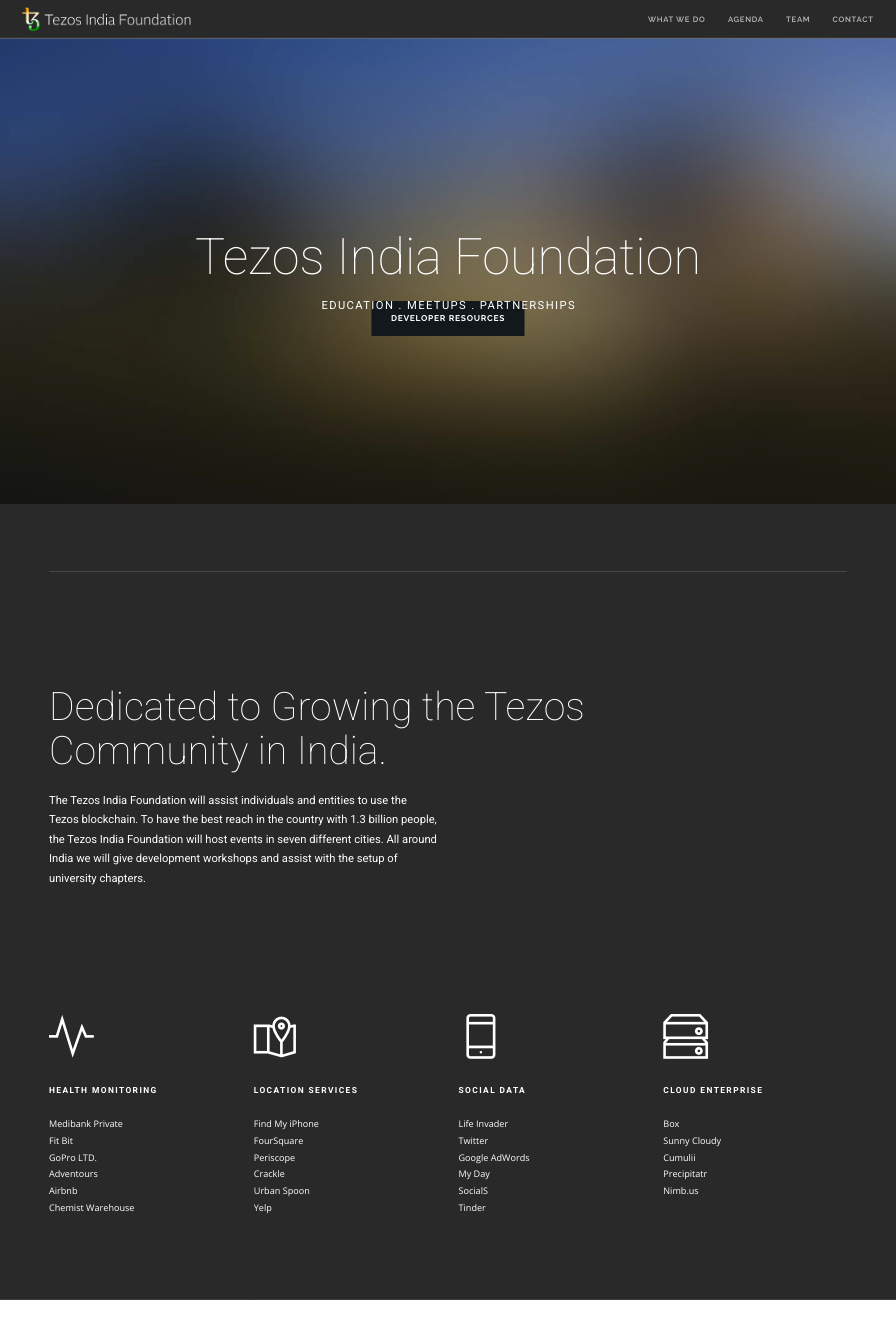
Repository: Tezos-India-Foundation/TIF-Website
Page: Tezos India Website/page.html
The author's editor kept a copy of each file at every save. The page is drawn from the files as they stood at one save, then again after the next save.
The browser window is 1280 px wide. The pictures show the part of the page from y = 0 to 1920 px (the page is 4133 px tall), at 70% of full size.

Above is the page before, as saved 2019-08-06 15:26:29.

### Tezos India Website/page.html
<!doctype html>
<html lang="en">

<head>
	<meta charset="utf-8">
	<title></title>
	<meta name="viewport" content="width=device-width, initial-scale=1.0">
	<link href="css/font-awesome.min.css" rel="stylesheet" type="text/css" media="all">
	<link href="css/themify-icons.css" rel="stylesheet" type="text/css" media="all" />
	<link href="css/bootstrap.css" rel="stylesheet" type="text/css" media="all" />
	<link href="css/theme-nearblack.css" rel="stylesheet" type="text/css" media="all" />
	<link href="css/custom.css" rel="stylesheet" type="text/css" media="all" />
	<link
		href='http://fonts.googleapis.com/css?family=Lato:300,400%7CRaleway:100,400,300,500,600,700%7COpen+Sans:400,500,600'
		rel='stylesheet' type='text/css'>
	<link href="http://fonts.googleapis.com/css?family=Roboto:100,300,400,600,700" rel="stylesheet" type="text/css">
	<link href="css/font-roboto.css" rel="stylesheet" type="text/css">
</head>

<body>

	<div class="nav-container">




		<nav class="bg-dark">
			<div class="nav-bar">
				<div class="module left">
					<a href="index.html">
						<img class="logo logo-light" alt="Foundry" src="img\logo with text.png">
						<img class="logo logo-dark" alt="Foundry" src="img/logo-dark.png">
					</a>
				</div>
				<div class="module widget-handle mobile-toggle right visible-sm visible-xs">
					<i class="ti-menu"></i>
				</div>
				<div class="module-group right">
					<div class="module left">
						<ul class="menu">
							<li>
								<a href="#">What We Do</a>
							</li>
							<li>
								<a href="#">Agenda</a>
							</li>
							<li>
								<a href="#">Team</a>
							</li>
							<li>
								<a href="#">Contact</a>
							</li>
					</div>

				</div>
		</nav>





















































































	</div>

	<div class="main-container">





		<section class="cover fullscreen image-bg overlay">
			<div class="background-image-holder">
				<img alt="image" class="background-image" src="img/prop1.jpg">
			</div>
			<div class="container v-align-transform">
				<div class="row">
					<div class="col-sm-12 text-center">
						<h1 class="large mb16">Tezos India Foundation</h1>
						<h5 class="uppercase mb0">Education . meetups . partnerships</h5>
					</div>
				</div>

			</div>

			<div class="align-bottom relative-xs text-center" id="buttonslanding">
				<a class="btn btn-filled btn-lg mb32 mt-xs-40" href="#">What is Tezos?</a>
			</div>
			<div class="align-bottom relative-xs text-center" id="buttonslanding">
				<a class="btn btn-filled btn-lg mb32 mt-xs-40" href="#">Developer Resources</a>
			</div>
		</section>
		<section class="bg-dark">
			<div class="container">
				<div class="row">
					<div class="col-sm-12">

						<hr class="mb160 mb-xs-24">
					</div>
				</div>

				<div class="row">
					<div class="col-md-10">
						<h1 class="thin">Dedicated to Growing the Tezos Community in India.</h1>
					</div>
				</div>

				<div class="row mb160 mb-xs-0">
					<div class="col-md-6 col-sm-8">
						<p class="lead">The Tezos India Foundation will assist individuals and
							entities to use the Tezos blockchain. To have the best reach in the country with 1.3 billion
							people, the Tezos India Foundation will host events in seven different cities. All around
							India we will give development workshops and assist with the setup of university
							chapters.&nbsp;</p>
					</div>
				</div>

				<div class="row">
					<div class="col-md-3 col-sm-6 mb-xs-24">
						<i class="ti-pulse icon mb32"></i>
						<h6 class="uppercase">Health Monitoring</h6>
						<ul>
							<li>Medibank Private</li>
							<li>Fit Bit</li>
							<li>GoPro LTD.</li>
							<li>Adventours</li>
							<li>Airbnb</li>
							<li>Chemist Warehouse</li>
						</ul>
					</div>
					<div class="col-md-3 col-sm-6 mb-xs-24">
						<i class="ti-map-alt icon mb32"></i>
						<h6 class="uppercase">Location Services</h6>
						<ul>
							<li>Find My iPhone</li>
							<li>FourSquare</li>
							<li>Periscope</li>
							<li>Crackle</li>
							<li>Urban Spoon</li>
							<li>Yelp</li>
						</ul>
					</div>
					<div class="col-md-3 col-sm-6 mb-xs-24">
						<i class="ti-mobile icon mb32"></i>
						<h6 class="uppercase">Social Data</h6>
						<ul>
							<li>Life Invader</li>
							<li>Twitter</li>
							<li>Google AdWords</li>
							<li>My Day</li>
							<li>SocialS</li>
							<li>Tinder</li>
						</ul>
					</div>
					<div class="col-md-3 col-sm-6 mb-xs-24">
						<i class="ti-harddrives icon mb32"></i>
						<h6 class="uppercase">Cloud Enterprise</h6>
						<ul>
							<li>Box</li>
							<li>Sunny Cloudy</li>
							<li>Cumulii</li>
							<li>Precipitatr</li>
							<li>Nimb.us</li>
						</ul>
					</div>
				</div>

			</div>

		</section>
		<section>
			<div class="container">
				<div class="row mb64 mb-xs-24">
					<div class="col-sm-12 text-center">
						<h3>Agenda</h3>

					</div>
				</div>

				<div class="row">
					<div class="col-md-offset-2 col-md-8">
						<div class="tabbed-content button-tabs">


									<div class="tab-content text-left">
										<div>
											<div class="overflow-hidden">
												<img alt="Pic" class="mb24 pull-left" src="img/avatar1.png">
												<div class="pull-left p32 p0-xs pt24">
													<h6 class="uppercase mb8 number">September 4, 2019 - 18:00</h6>
													<h4>Tezos Meetup in Delhi</h4>
												</div>
											</div>
											<p>
												Neque porro quisquam est, qui dolorem ipsum quia dolor sit amet,
												consectetur, adipisci velit, sed quia non numquam eius modi tempora
												incidunt ut labore et dolore magnam aliquam quaerat voluptatem. Ut enim
												ad minima veniam, quis nostrum exercitationem ullam corporis suscipit
												laboriosam, nisi ut aliquid ex ea commodi consequatur?
											</p>
											<hr class="mt40 mb40 mt-xs-0 mb-xs-24">
										</div>
										<div>
											<div class="overflow-hidden">
												<img alt="Pic" class="mb24 pull-left" src="img/avatar2.png">
												<div class="pull-left p32 p0-xs pt24">
													<h6 class="uppercase mb8 number">September 5, 2019 - 18:00</h6>
													<h4>Developer Workshop at ITT Delhi</h4>
												</div>
											</div>
											<p>
												Sed ut perspiciatis unde omnis iste natus error sit voluptatem
												accusantium doloremque laudantium, totam rem aperiam, eaque ipsa quae ab
												illo inventore veritatis et quasi architecto beatae vitae dicta sunt
												explicabo. Nemo enim ipsam voluptatem quia voluptas sit aspernatur aut
												odit aut fugit, sed quia consequuntur magni
											</p>
											<hr class="mt40 mb40 mt-xs-0 mb-xs-24">
										</div>
										<div>
											<div class="overflow-hidden">
												<img alt="Pic" class="mb24 pull-left" src="img/avatar2.png">
												<div class="pull-left p32 p0-xs pt24">
													<h6 class="uppercase mb8 number">September 5, 2019 - 18:00</h6>
													<h4>Developer Workshop at ITT Delhi</h4>
												</div>
											</div>
											<p>
												Sed ut perspiciatis unde omnis iste natus error sit voluptatem
												accusantium doloremque laudantium, totam rem aperiam, eaque ipsa quae ab
												illo inventore veritatis et quasi architecto beatae vitae dicta sunt
												explicabo. Nemo enim ipsam voluptatem quia voluptas sit aspernatur aut
												odit aut fugit, sed quia consequuntur magni
											</p>
											<hr class="mt40 mb40 mt-xs-0 mb-xs-24">
										</div>
									</div>

						</div>

					</div>
				</div>


		</section>
		<section class="bg-dark">
			<div class="container">
				<div class="row">
					<div class="col-md-4 col-sm-6">
						<div class="image-tile outer-title text-center">
							<img alt="Pic" src="img/team-1.jpg">
							<div class="title mb16">
								<h5 class="uppercase mb0">Bernd Oostrum</h5>
								<span>Director</span>
							</div>
							<p class="mb0">
								Sed ut perspiciatis unde omnis iste natus error sit voluptatem accusantium doloremque
								laudantium, totam rem aperiam, eaque ipsa quae ab illo inventore veritatis.
							</p>
						</div>
					</div>
					<div class="col-md-4 col-sm-6">
						<div class="image-tile outer-title text-center">
							<img alt="Pic" src="img/team-2.jpg">
							<div class="title mb16">
								<h5 class="uppercase mb0">Om Malviya</h5>
								<span>Director</span>
							</div>
							<p class="mb0">
								Sed ut perspiciatis unde omnis iste natus error sit voluptatem accusantium doloremque
								laudantium, totam rem aperiam, eaque ipsa quae ab illo inventore veritatis.
							</p>
						</div>
					</div>
					<div class="col-md-4 col-sm-6">
						<div class="image-tile outer-title text-center">
							<img alt="Pic" src="img/team-3.jpg">
							<div class="title mb16">
								<h5 class="uppercase mb0">Gokul Alex</h5>
								<span>Director</span>
							</div>
							<p class="mb0">
								Sed ut perspiciatis unde omnis iste natus error sit voluptatem accusantium doloremque
								laudantium, totam rem aperiam, eaque ipsa quae ab illo inventore veritatis.
							</p>
						</div>
					</div>
				</div>

			</div>

		</section>
		<section class="bg-primary">
			<div class="container">
				<div class="row">
					<div class="col-sm-12 text-center">
						<h3 class="mb0 inline-block p32 p0-xs">Interested in exploring Tezos?</h3>
						<a class="btn btn-lg btn-white mb8 mt-xs-24" href="#">Reach out</a>
					</div>
				</div>

			</div>

		</section>
		<footer class="footer-2 bg-dark text-center-xs">
			<div class="container">
				<div class="row">
					<div class="col-sm-4">
						<a href="#"><img class="image-xxs fade-half" alt="Pic" src="img\logo with text.png"></a>
					</div>

					<div class="col-sm-5 text-center">
						<span class="fade-half">
							© Copyright 2019 Tezos India Foundation - All Rights Reserved
						</span>
					</div>

					<div class="col-sm-3 text-right text-center-xs">
						<ul class="list-inline social-list">
							<li><a href="#"><i class="ti-twitter-alt"></i></a></li>
							<li><a href="#"><i class="ti-facebook"></i></a></li>
							<li><a href="#"><i class="ti-linkedin"></i></a></li>

						</ul>
					</div>
				</div>
			</div>
		</footer>
	</div>


	<script src="js/jquery.min.js"></script>
	<script src="js/bootstrap.min.js"></script>
	<script src="js/parallax.js"></script>
	<script src="js/scripts.js"></script>
</body>

</html>

### Tezos India Website/css/custom.css
/****** PLACE YOUR CUSTOM STYLES HERE ******/

#buttonslanding {
    padding-bottom: 15%;
}

Loaded but not shown: Tezos India Website/css/font-awesome.min.css (library); Tezos India Website/css/themify-icons.css (common file); Tezos India Website/css/bootstrap.css (library); Tezos India Website/css/font-roboto.css (common file); Tezos India Website/js/jquery.min.js (library); Tezos India Website/js/bootstrap.min.js (library); Tezos India Website/js/parallax.js (library); Tezos India Website/js/scripts.js (1387 lines, source omitted); Tezos India Website/css/theme-nearblack.css (5712 lines, source omitted)

After the next save:
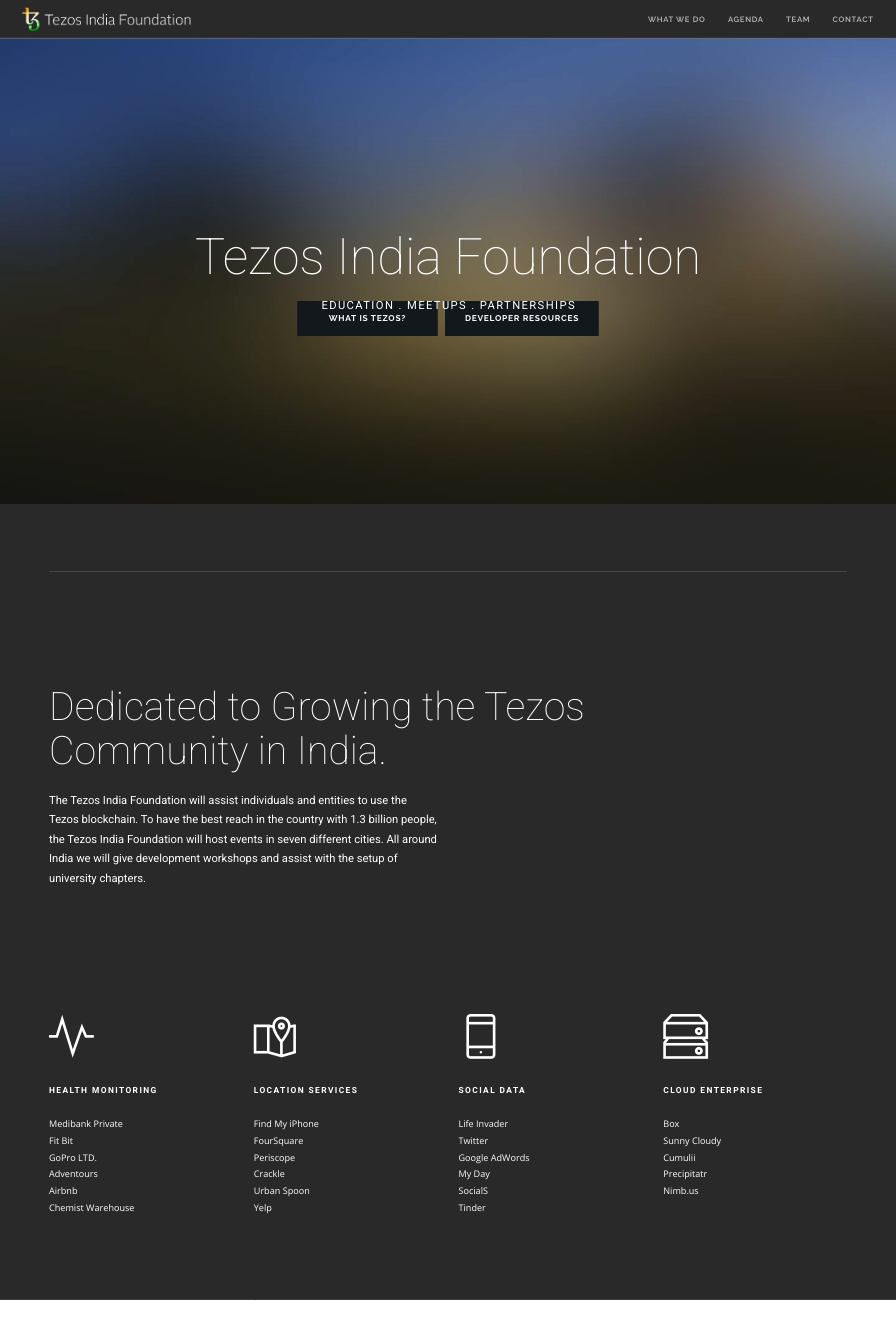
Saved 36 s later.
--- a/Tezos India Website/page.html
+++ b/Tezos India Website/page.html
@@ -163,10 +163,9 @@
 
 			<div class="align-bottom relative-xs text-center" id="buttonslanding">
 				<a class="btn btn-filled btn-lg mb32 mt-xs-40" href="#">What is Tezos?</a>
-			</div>
-			<div class="align-bottom relative-xs text-center" id="buttonslanding">
 				<a class="btn btn-filled btn-lg mb32 mt-xs-40" href="#">Developer Resources</a>
 			</div>
+
 		</section>
 		<section class="bg-dark">
 			<div class="container">
